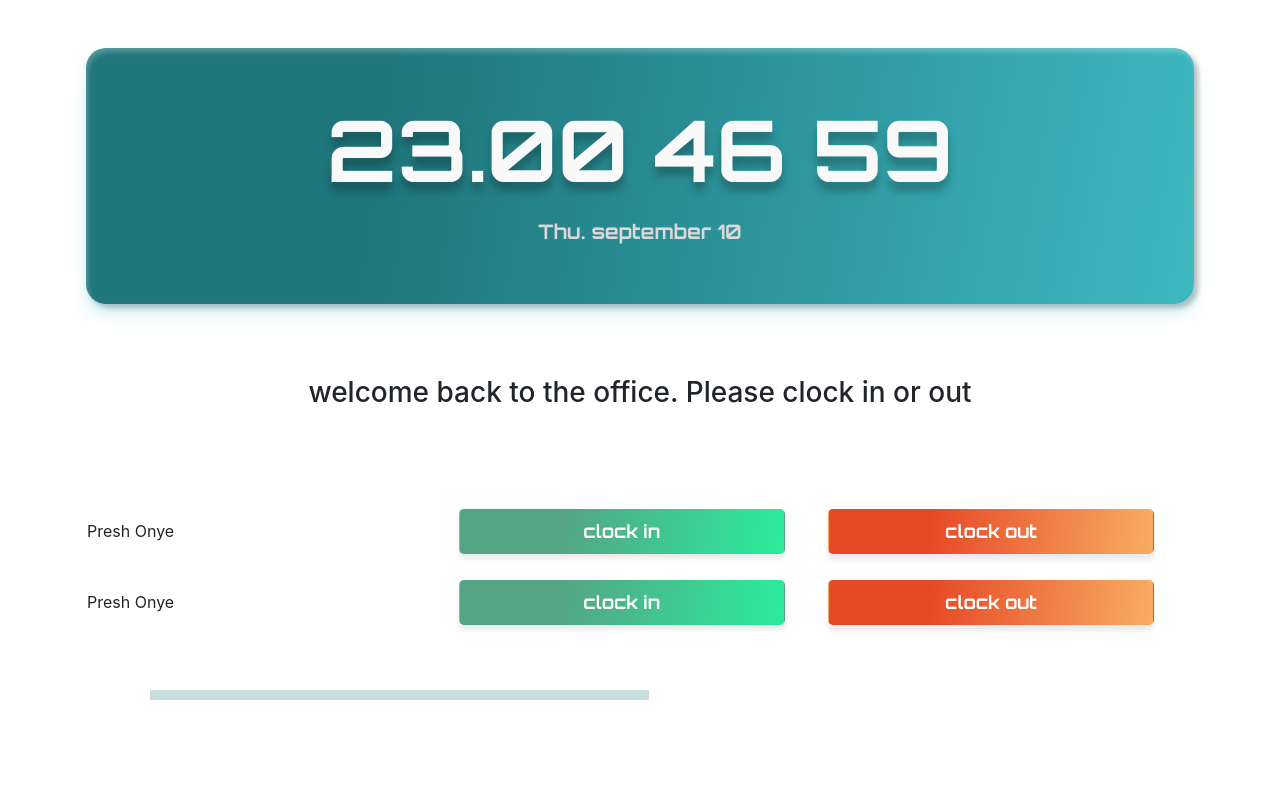
Repository: giprim/clocker
Page: /
An editor plug-in stored every save of this project. The page is shown before and after the next save, followed by the edit.
The browser window is 1280 px wide. The pictures show the whole page.
The project was rebuilt for these pictures with package versions that can differ from the ones it lists, and the page was loaded fresh each time.

Above is the page before, as saved 2020-09-11 00:00:27.

### src/App.tsx
import React from 'react';
import './App.css';

function App() {
  const currentTime = () => {
    let date = new Date();

    return `${date
      .getHours()
      .toFixed(2)} ${date.getMinutes()} ${date.getSeconds()}`;
  };

  console.log(currentTime());

  return (
    <div className='container py-4'>
      {/* clock section */}
      <div className='clock-box effect p-2 py-md-5 mt-4'>
        <div className='row'>
          <div className='col-12'>
            <h4 className='display-3 text-center'>
              {currentTime().toString()}
            </h4>
          </div>
          <div className='col-12 text-center mt-2 mb-1'>
            <h6>Thu. september 10</h6>
          </div>
        </div>
      </div>

      {/* welcome  */}
      <p className='text-center my-5 py-4 h3'>
        welcome back to the office. Please clock in or out
      </p>

      <table>
        <thead>
          <tr>
            <th></th>
            <th></th>
            <th></th>
          </tr>
        </thead>
        <tbody>
          <tr>
            <td>Presh Onye</td>
            <td className='row justify-content-evenly'>
              <button className='btn clockin col-5'> clock in</button>
              <button className='btn clockout col-5'> clock out</button>
            </td>
          </tr>
          <tr>
            <td>Presh Onye</td>
            <td className='row justify-content-evenly'>
              <button className='btn clockin col-5'> clock in</button>
              <button className='btn clockout col-5'> clock out</button>
            </td>
          </tr>
        </tbody>
      </table>

      <hr />
    </div>
  );
}

export default App;

### src/App.css
@import url('https://fonts.googleapis.com/css2?family=Orbitron:wght@400;500;600;700;800;900&family=Work+Sans:ital,wght@0,100;0,200;0,400;0,600;0,700;1,500&display=swap');

.clock-box {
  background: linear-gradient(99.35deg, #1f767c 26.99%, #42c1ca 110.13%);
  box-shadow: 0px 10px 15px rgba(66, 193, 202, 0.23),
    4px 4px 5px rgba(0, 0, 0, 0.25), inset 2px 4px 5px rgba(255, 255, 255, 0.25);
  border-radius: 20px;
  position: relative;
  z-index: 10;
}

.clock-box h4 {
  font-family: Orbitron;
  font-style: normal;
  font-weight: bold;
  font-size: 85px;
  line-height: 107px;
  /* identical to box height */

  color: #f9f9f9;

  text-shadow: 0px 9px 9px rgba(0, 0, 0, 0.25);
}

.clock-box h6 {
  font-family: Orbitron;
  font-style: normal;
  font-weight: bold;
  font-size: 20px;
  line-height: 25px;
  /* identical to box height */

  color: #d9d9d9;
}

.clockout,
.clockin {
  font-family: Orbitron;
  font-style: normal;
  font-weight: bold;
  font-size: 18px;
  line-height: 23px;
  /* identical to box height */
  padding-top: 10px;
  padding-bottom: 10px;
  color: #ffffff;
  transition: ease-in 0.13s;
}

/* table.table {
  border: none;
} */

.clockin:hover,
.clockout:hover {
  color: white;
  transform: translateY(-5px);
}

.clockin {
  background: linear-gradient(97.12deg, #54a583 31.21%, #21fca1 115.81%);
  box-shadow: 0px 5px 4px rgba(128, 128, 128, 0.15);
  border-radius: 5px;
}

.clockout {
  background: linear-gradient(
    97.12deg,
    #e64926 31.21%,
    rgba(252, 176, 63, 0.74) 115.81%
  );
  box-shadow: 0px 6px 4px rgba(128, 128, 128, 0.15);
  border-radius: 5px;
}

table {
  width: 100%;
}

table tr td {
  padding-top: 25px;
}

hr {
  margin: 4rem;
  width: 45%;
  padding: 5px;
  background: #20777c;
}

Loaded but not shown: public/index.html (common file); src/index.tsx (common file); src/index.css (common file); src/serviceWorker.ts (common file)

After the next save:
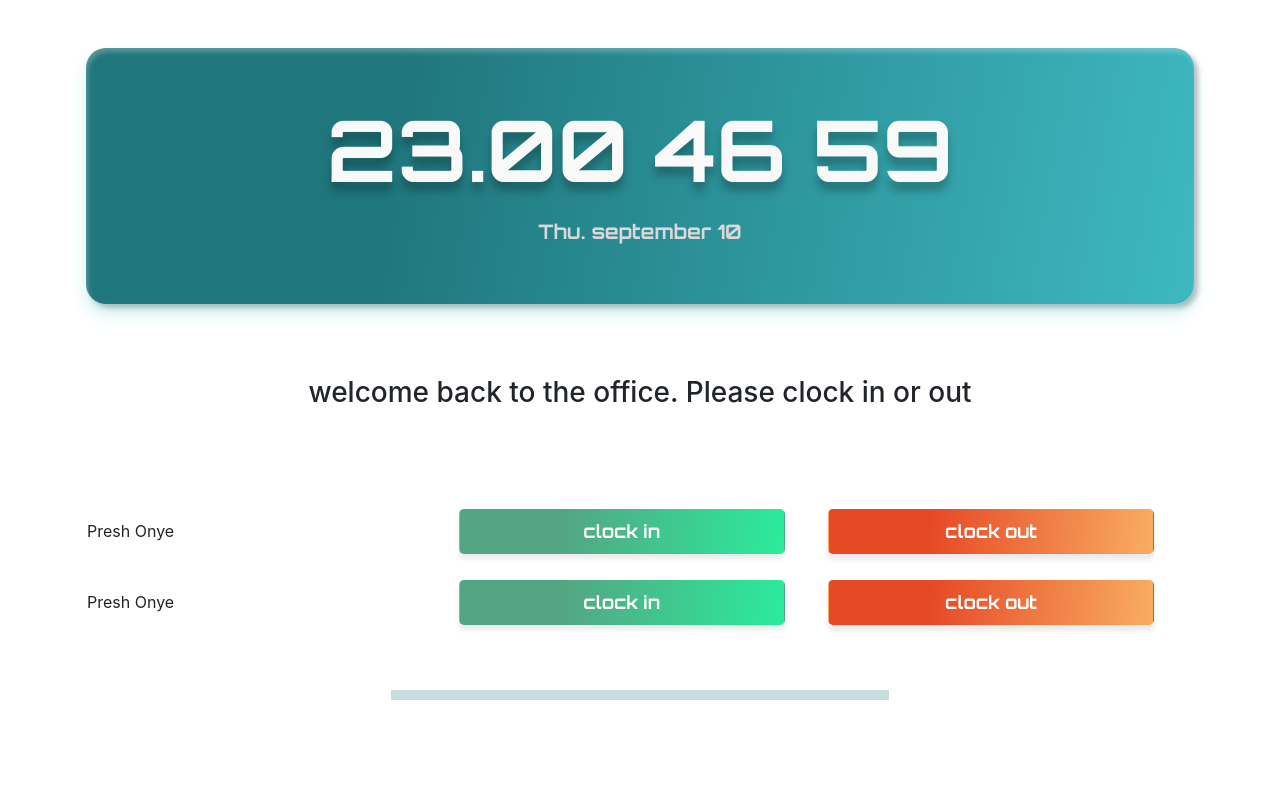
Saved 6 s later.
--- a/src/App.css
+++ b/src/App.css
@@ -82,7 +82,7 @@ table tr td {
 }
 
 hr {
-  margin: 4rem;
+  margin: 4rem auto;
   width: 45%;
   padding: 5px;
   background: #20777c;
